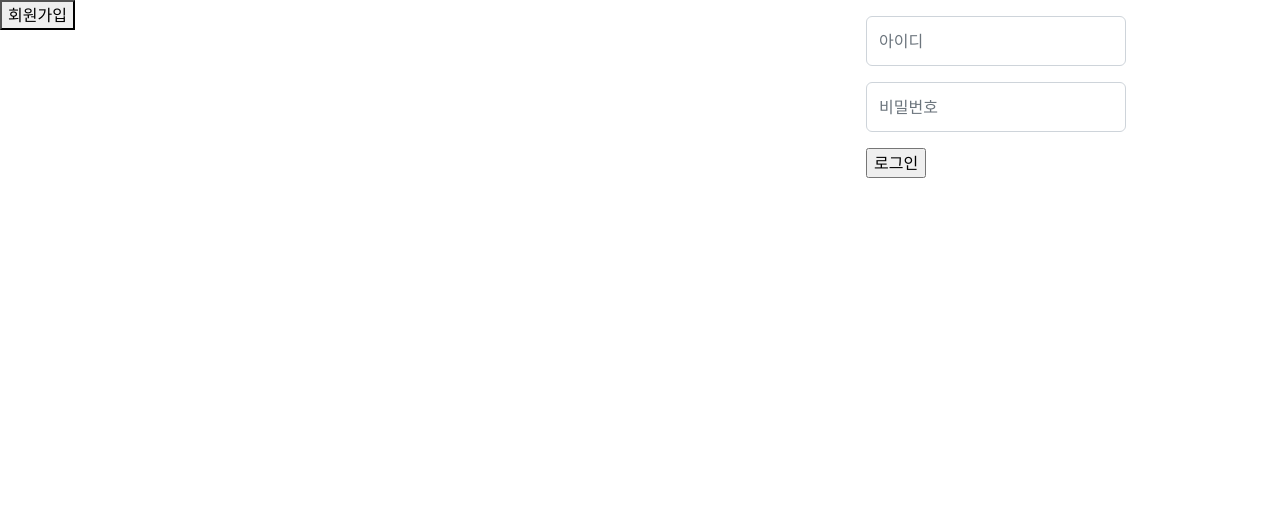
Repository: kokoko12334/myvocab-toy
Page: http://localhost/myVocabularyList/home.jsp
The author's editor kept a copy of each file at every save. The page is drawn from the files as they stood at one save, then again after the next save.
The browser window is 1280 px wide. The pictures show the whole page.
The page is served by Tomcat 9. Other server files are loaded and not shown.

Above is the page before, as saved 2023-04-08 04:14:33.

### myVocabularyList/src/main/webapp/home.jsp
<%@ page language="java" contentType="text/html; charset=UTF-8"
    pageEncoding="UTF-8"%>

<%@ taglib prefix="c" uri = "http://java.sun.com/jsp/jstl/core" %>

<!DOCTYPE html>
<html>
<head>
<meta charset="UTF-8">
<title>영어단어장 홈화면</title>
<link href="https://cdn.jsdelivr.net/npm/bootstrap@5.2.3/dist/css/bootstrap.min.css" rel="stylesheet" integrity="sha384-rbsA2VBKQhggwzxH7pPCaAqO46MgnOM80zW1RWuH61DGLwZJEdK2Kadq2F9CUG65" crossorigin="anonymous">

</head>

<body>

	<div  style="float: right;width: 414px;" >

		<form action = "/login" method = "post" >
			<input class="form-control my-3" style = "height:50px; width: 260px;" type = "text" name = "id" placeholder = "아이디">
			<input class="form-control my-3" style = "height:50px; width: 260px;" type = "password" name = "pwd" placeholder = "비밀번호">
			<input  type = "submit" value = "로그인">

		</form>
	</div>

	<div>
		<button type="button"  onClick="location.href='joinForm.jsp'">회원가입</button>
	</div>


</body>

</html>

After the next save:
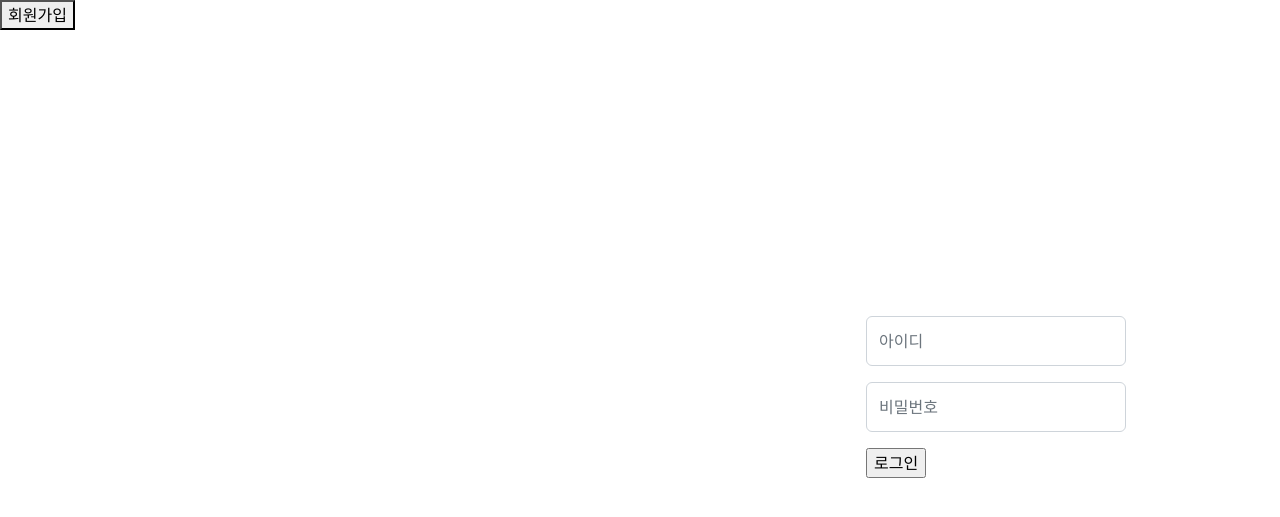
Saved 2 min 29 s later.
--- a/myVocabularyList/src/main/webapp/home.jsp
+++ b/myVocabularyList/src/main/webapp/home.jsp
@@ -14,7 +14,7 @@
 
 <body>
 
-	<div  style="float: right;width: 414px;" >
+	<div  style="float: right;width: 414px;margin-top: 300px;" >
 
 		<form action = "/login" method = "post" >
 			<input class="form-control my-3" style = "height:50px; width: 260px;" type = "text" name = "id" placeholder = "아이디">

After the save that followed:
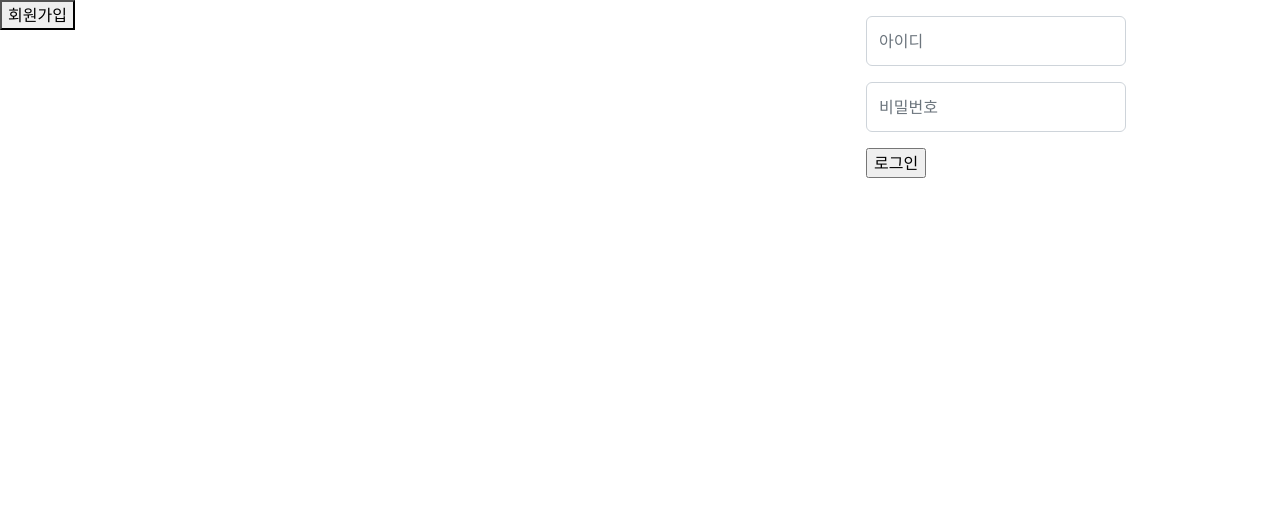
Saved 32 s later.
--- a/myVocabularyList/src/main/webapp/home.jsp
+++ b/myVocabularyList/src/main/webapp/home.jsp
@@ -14,7 +14,7 @@
 
 <body>
 
-	<div  style="float: right;width: 414px;margin-top: 300px;" >
+	<div  style="float: right;width: 414px;margin-top: auto;" >
 
 		<form action = "/login" method = "post" >
 			<input class="form-control my-3" style = "height:50px; width: 260px;" type = "text" name = "id" placeholder = "아이디">
